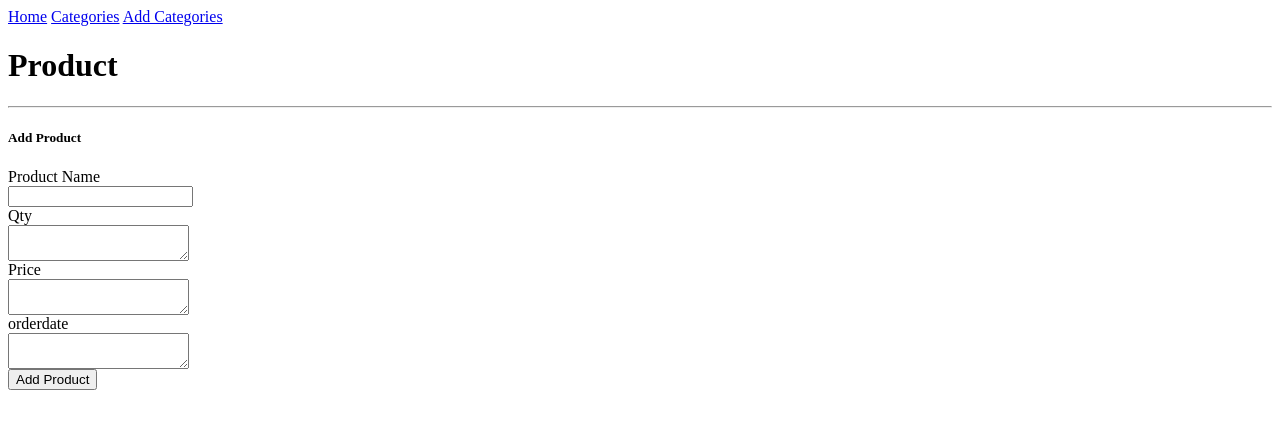
Repository: Raisul1239/Test
Page: http://localhost/add_product
These files come from the project's save history. The page is drawn as it stood at one moment and after the next save; the edit follows.
The browser window is 1280 px wide. The pictures show the whole page.
The page is served by the project's Laravel application, run on PHP 8.4 with Laravel 8.

Above is the page before, as saved 2020-09-09 14:42:38.

After the next save:
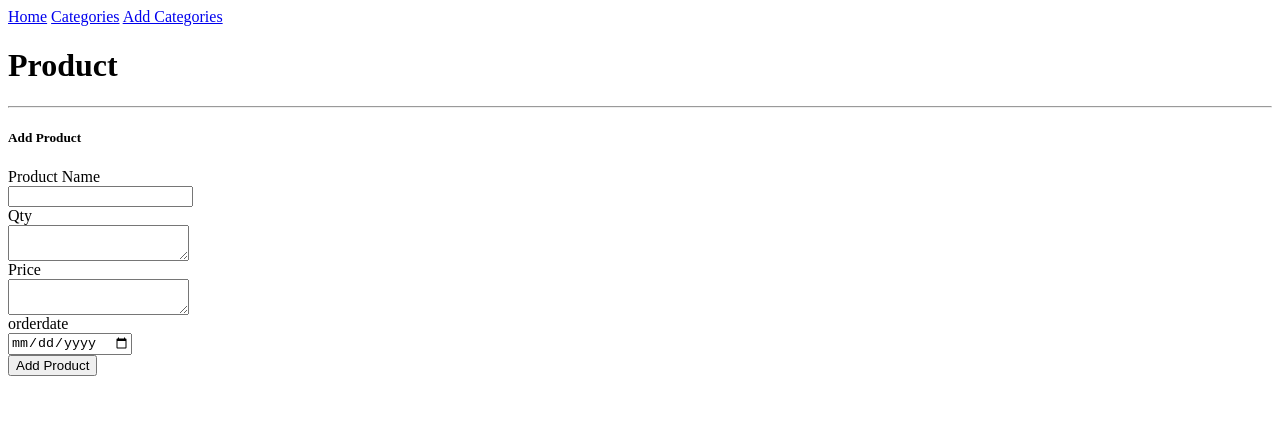
Saved 5 min 3 s later.
--- a/resources/views/product/add_product.blade.php
+++ b/resources/views/product/add_product.blade.php
@@ -35,7 +35,7 @@
                             <div class="control-group">
                                 <label class="control-label">orderdate</label>
                                 <div class="controls">
-                                    <textarea name="product_ordate" id="product_ordate"></textarea>
+                                    <input type="date" id="birthday" name="birthday">
                                 </div>
                             </div>
 
